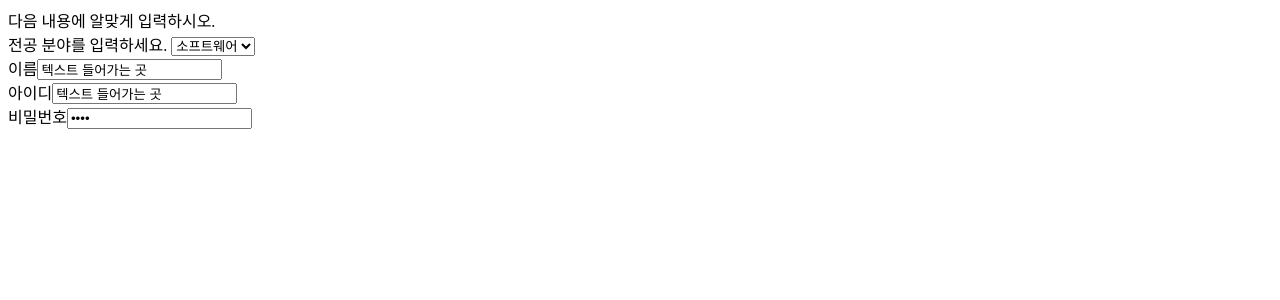
Repository: thswlsqls/JspWorkspace
Page: html/quiz_member.html
An editor plug-in stored every save of this project. The page is shown before and after a run of saves, followed by the edit.
The browser window is 1280 px wide. The pictures show the whole page.

Above is the page before, as saved 2021-04-12 07:57:56.

After the next 2 saves:
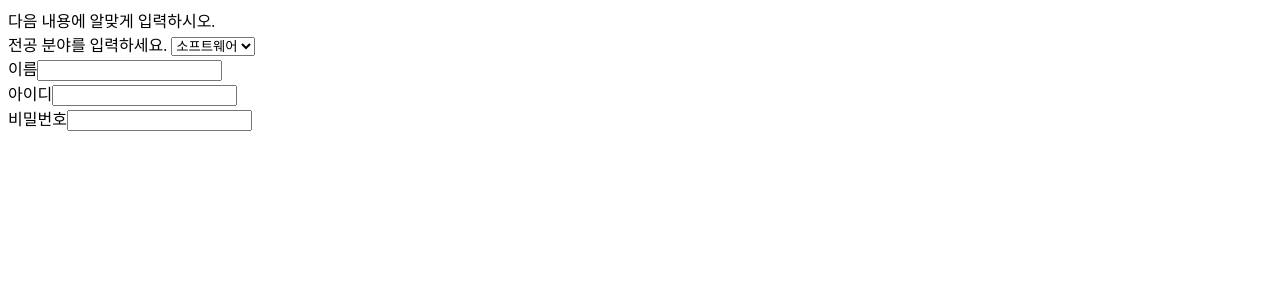
The 2 saves are shown as one change because they came seconds apart.
The last was saved 21 s later.
--- a/html/quiz_member.html
+++ b/html/quiz_member.html
@@ -15,9 +15,9 @@
 			<option value="4">전기화학
 		</select><br>
 		<div>
-		이름<input type="text" value="텍스트 들어가는 곳"><br>
-		아이디<input type="text" value="텍스트 들어가는 곳"><br>
-		비밀번호<input type="password" value="비밀번호"><br>
+		이름<input type="text" value=""><br>
+		아이디<input type="text" value=""><br>
+		비밀번호<input type="password" value=""><br>
 		</div>
 
 	</div>
